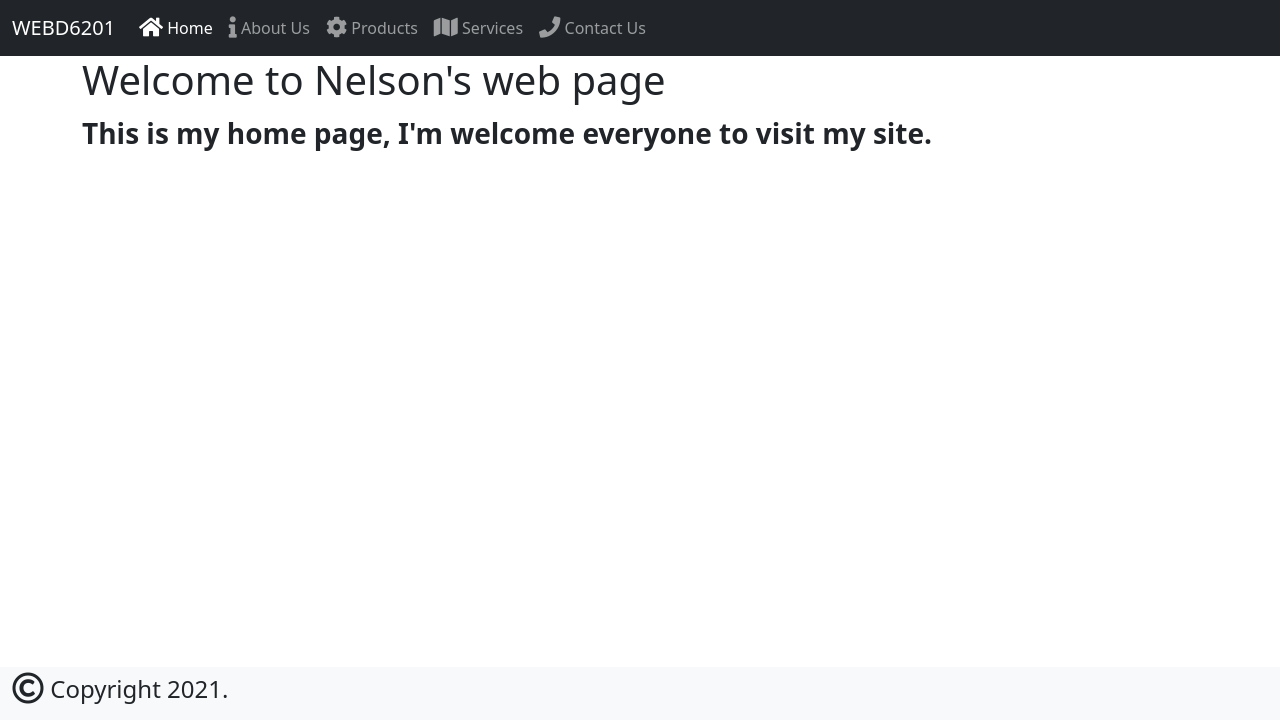
Repository: YiuWingLau/WEBD6201-W2021-Lab1
Page: index.html
The author's editor kept a copy of each file at every save. The page is drawn from the files as they stood at one save, then again after the next save.
The browser window is 1280 px wide. The pictures show the whole page.

Above is the page before, as saved 2021-02-03 17:49:53.

After the next save:
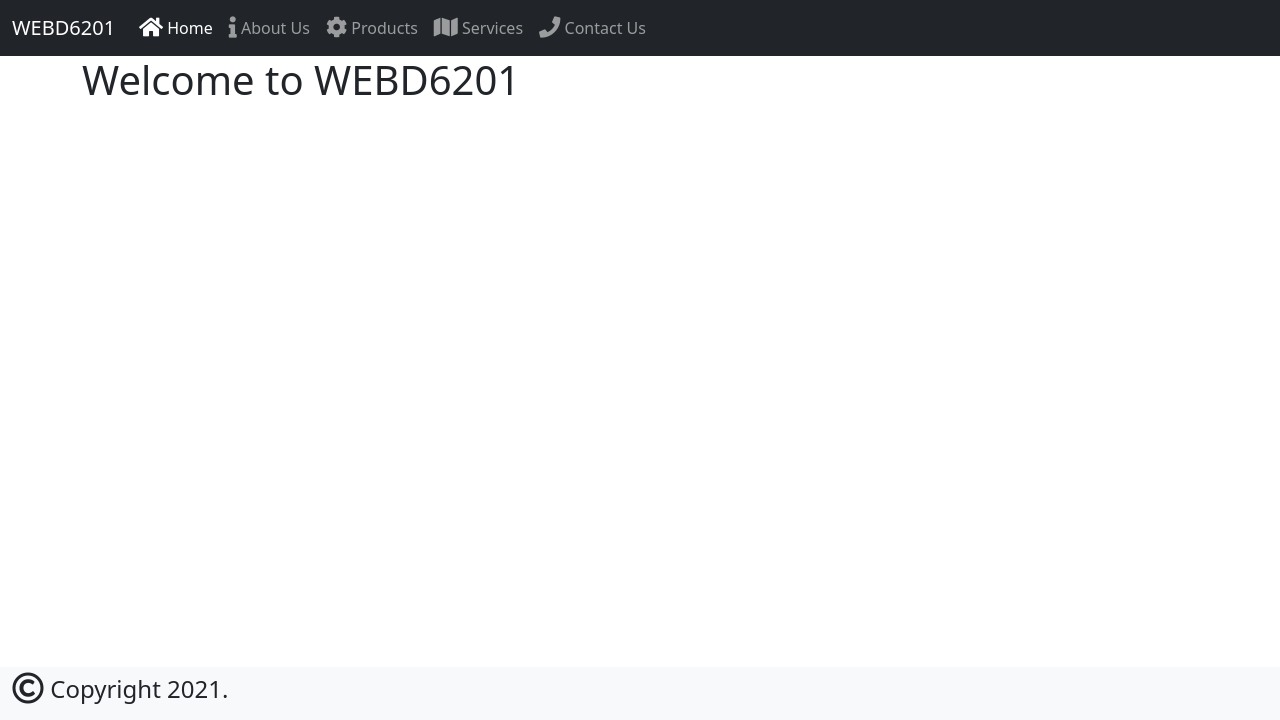
Console error: TypeError: Cannot set properties of null (setting 'href')
Saved 3 h 14 min later.
--- a/Scripts/app.js
+++ b/Scripts/app.js
@@ -193,7 +193,8 @@
         //<a id="navbarSupportedContent">Projects</a>
         //let navBarElement = getElementById("navbarSupportedContent");
 
-        //document.getElementById("navbarSupportedContent")[2].innerHTML = document.link;
+        document.getElementById("navBarProjects").href = "projects.html";
+        document.getElementById("navBarProjects").text = " Projects";
 
         switch (document.title)
         {

After the save that followed:
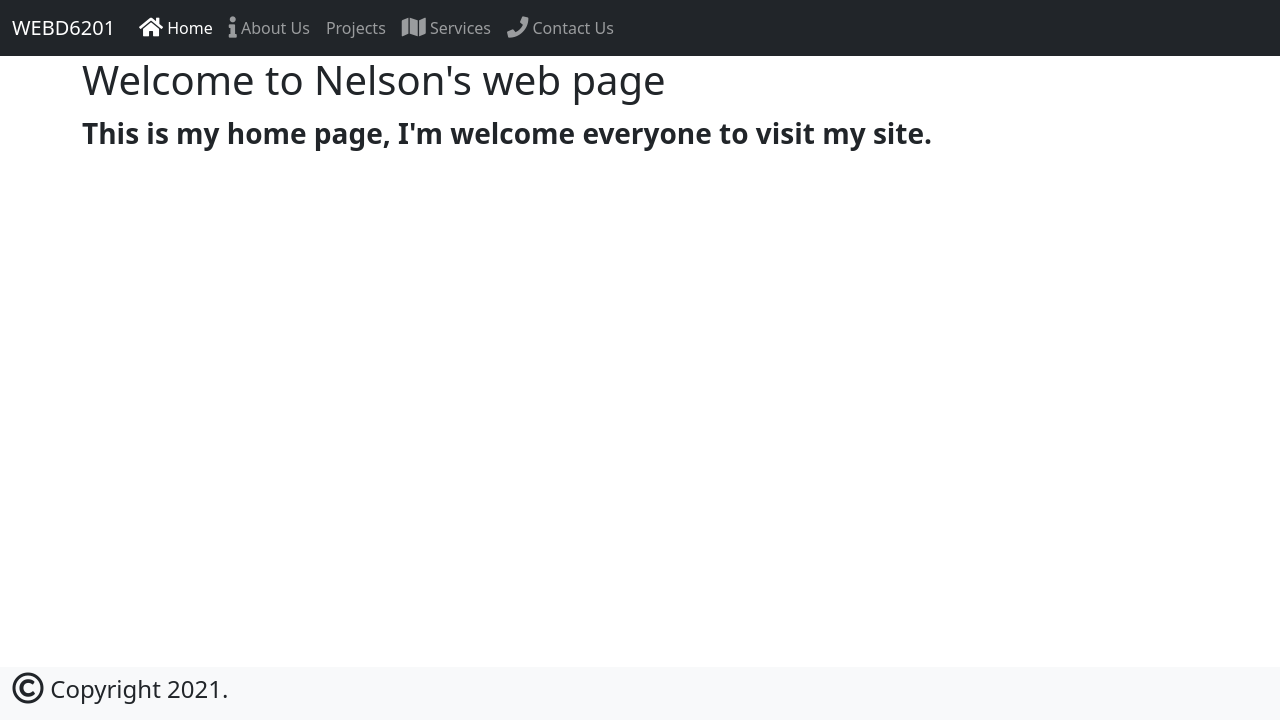
The error is gone.
Saved 3 s later.
--- a/index.html
+++ b/index.html
@@ -31,7 +31,7 @@
                       <a class="nav-link" aria-current="page" href="about.html"><i class="fas fa-info fa-lg"></i> About Us</a>
                     </li>
                     <li class="nav-item">
-                      <a class="nav-link" aria-current="page" href="products.html"><i class="fas fa-cog fa-lg"></i> Products</a>
+                      <a id="navBarProjects" class="nav-link" aria-current="page" href="products.html"><i class="fas fa-cog fa-lg"></i> Products</a>
                     </li>
                     <li class="nav-item">
                       <a class="nav-link" aria-current="page" href="services.html"><i class="fas fa-map fa-lg"></i> Services</a>
